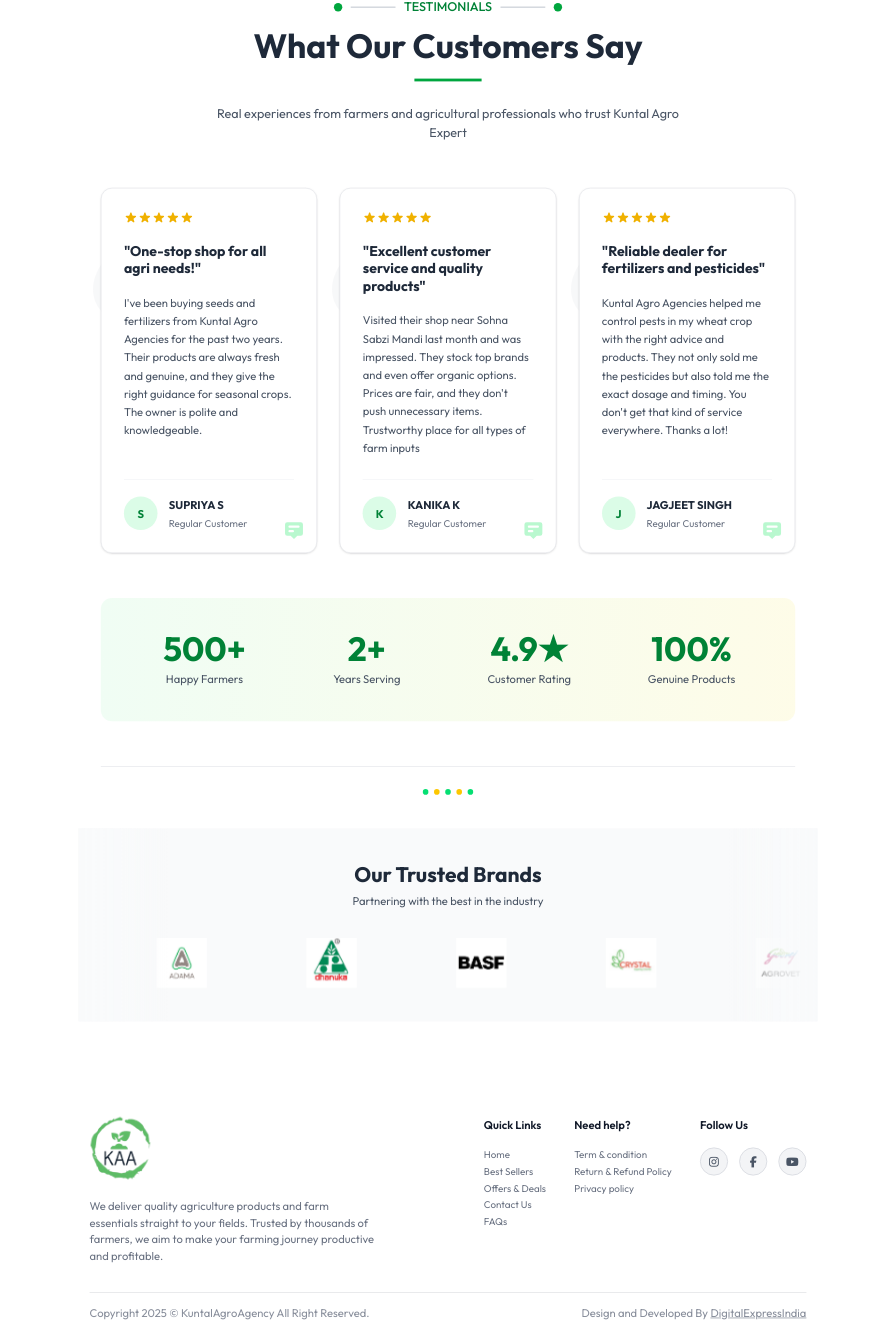
Repository: deepak445566/agro
Page: / (app in client/)
An editor plug-in stored every save of this project. The page is shown before and after the next save, followed by the edit.
The browser window is 1280 px wide. The pictures show the part of the page from y = 2485 to 4405 px (the page is 4389 px tall before and 4405 px after), at 70% of full size.
The page's requests for data from a server got no answer. Some web fonts or font styles are not loaded; a fallback is used. Some web libraries are served in a nearby version. The project was rebuilt for these pictures with package versions that can differ from the ones it lists, and the page was loaded fresh each time. Some packages were replaced by stand-ins written for this rebuild. No one was signed in, and anything a server would have sent is missing. Also part of the build but not shown: client/vite.config.js, client/src/components/ProductCard.jsx, client/src/components/BottomBanner.jsx, client/src/components/NewsLetter.jsx, client/src/components/Login.jsx, client/src/pages/AllProduct.jsx, client/src/pages/Productcato.jsx, client/src/pages/ProductDetail.jsx and 13 more.

Above is the page before, as saved 2025-12-23 14:40:35.

After the next save:
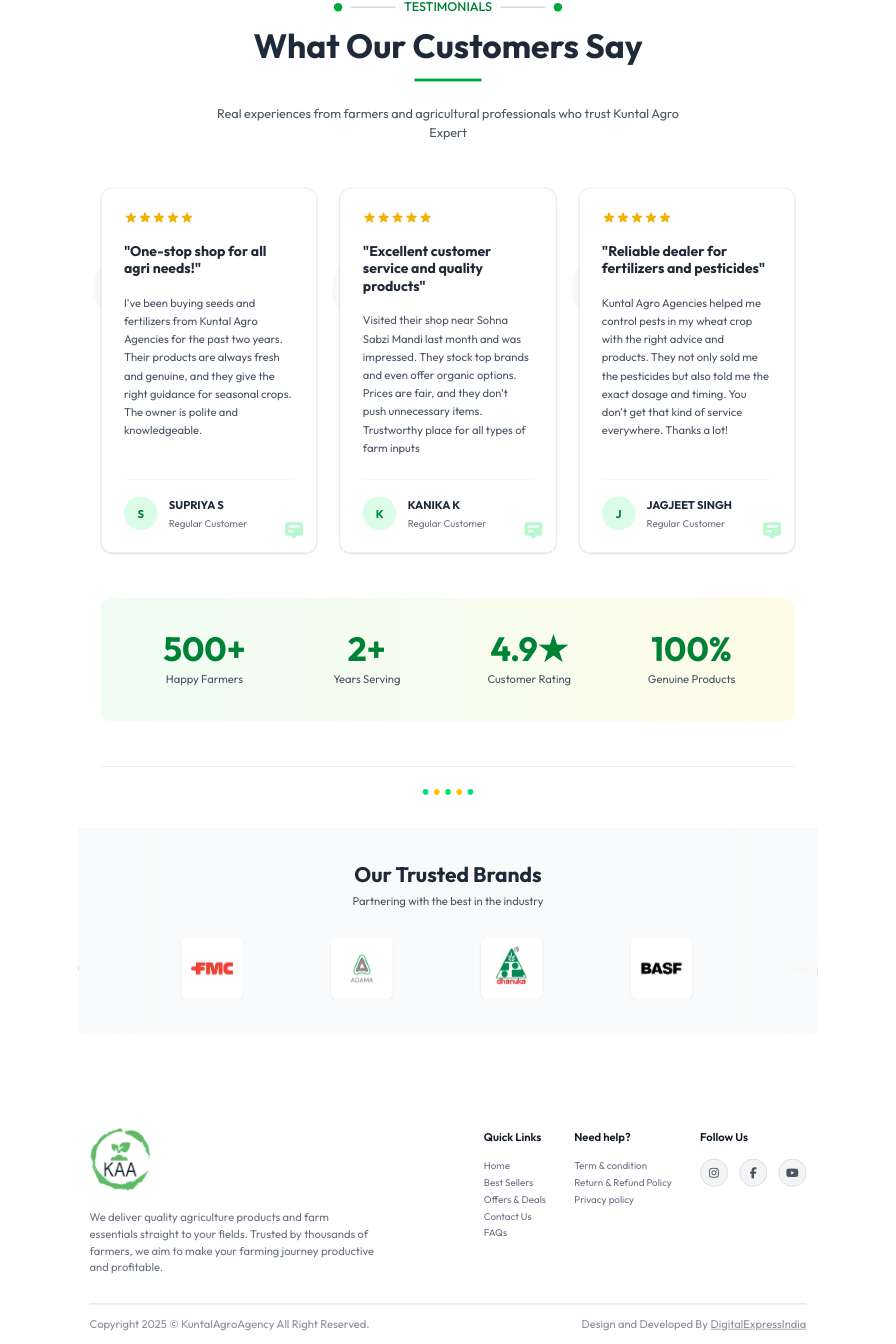
Saved 5 min 35 s later.
--- a/client/src/components/Brands.jsx
+++ b/client/src/components/Brands.jsx
@@ -1,4 +1,4 @@
-import React from 'react';
+import React, { useState, useEffect } from 'react';
 
 const Brands = () => {
     const brandFiles = [
@@ -9,49 +9,88 @@
         "pi21.png", "pi22.png"
     ];
 
+    const [isMobile, setIsMobile] = useState(false);
+
+    useEffect(() => {
+        // Check screen size on mount
+        const checkMobile = () => {
+            setIsMobile(window.innerWidth < 768);
+        };
+
+        // Initial check
+        checkMobile();
+
+        // Add event listener
+        window.addEventListener('resize', checkMobile);
+
+        // Cleanup
+        return () => window.removeEventListener('resize', checkMobile);
+    }, []);
+
     return (
-        <div className="relative overflow-hidden py-12 bg-gray-50">
+        <div className="relative overflow-hidden py-8 md:py-12 bg-gray-50">
             {/* Section Title */}
-            <div className="text-center mb-10">
-                <h2 className="text-3xl font-bold text-gray-800 mb-2">Our Trusted Brands</h2>
-                <p className="text-gray-600">Partnering with the best in the industry</p>
+            <div className="text-center mb-8 md:mb-10 px-4">
+                <h2 className="text-2xl md:text-3xl font-bold text-gray-800 mb-2">
+                    Our Trusted Brands
+                </h2>
+                <p className="text-sm md:text-base text-gray-600">
+                    Partnering with the best in the industry
+                </p>
             </div>
 
             {/* Left Gradient */}
-            <div className="absolute left-0 top-0 bottom-0 w-32 bg-gradient-to-r from-gray-50 via-gray-50/80 to-transparent z-10 pointer-events-none" />
+            <div className="absolute left-0 top-0 bottom-0 w-16 md:w-32 bg-gradient-to-r from-gray-50 via-gray-50/90 to-transparent z-10 pointer-events-none" />
 
             {/* Brands Marquee */}
-            <div className="relative">
-                <div className="marquee-track flex">
+            <div className="relative overflow-x-hidden">
+                <div className={`marquee-track flex ${isMobile ? 'marquee-mobile' : 'marquee-desktop'}`}>
                     {[...brandFiles, ...brandFiles].map((file, index) => (
                         <div
                             key={index}
-                            className="brand-logo flex-shrink-0 mx-8 transition-all duration-300 hover:scale-110 hover:shadow-lg"
+                            className="brand-logo flex-shrink-0 mx-4 md:mx-8 transition-all duration-300 hover:scale-105 md:hover:scale-110"
                         >
-                            <img
-                                src={file}
-                                alt={`Brand ${index + 1}`}
-                                className="brand-image h-18 w-auto object-contain   transition-all duration-300"
-
-                                loading="lazy"
-                            />
+                            <div className="p-2 md:p-3 bg-white rounded-lg shadow-sm hover:shadow-md transition-shadow duration-300">
+                                <img
+                                    src={file}
+                                    alt={`Brand ${(index % brandFiles.length) + 1}`}
+                                    className="brand-image h-10 md:h-14 lg:h-16 w-auto object-contain transition-all duration-300 max-w-[100px] md:max-w-[140px]"
+                                    loading="lazy"
+                                />
+                            </div>
                         </div>
                     ))}
                 </div>
             </div>
 
             {/* Right Gradient */}
-            <div className="absolute right-0 top-0 bottom-0 w-32 bg-gradient-to-l from-gray-50 via-gray-50/80 to-transparent z-10 pointer-events-none" />
+            <div className="absolute right-0 top-0 bottom-0 w-16 md:w-32 bg-gradient-to-l from-gray-50 via-gray-50/90 to-transparent z-10 pointer-events-none" />
 
             {/* CSS for marquee animation */}
             <style jsx>{`
                 .marquee-track {
-                    animation: marquee 30s linear infinite;
                     display: flex;
                     width: max-content;
                 }
 
-                @keyframes marquee {
+                .marquee-desktop {
+                    animation: marquee-desktop 40s linear infinite;
+                }
+
+                .marquee-mobile {
+                    animation: marquee-mobile 25s linear infinite;
+                }
+
+                @keyframes marquee-desktop {
+                    0% {
+                        transform: translateX(0);
+                    }
+                    100% {
+                        transform: translateX(-50%);
+                    }
+                }
+
+                @keyframes marquee-mobile {
                     0% {
                         transform: translateX(0);
                     }
@@ -65,22 +104,52 @@
                 }
 
                 .brand-logo {
-                    min-width: 150px;
+                    min-width: 100px;
                     display: flex;
                     align-items: center;
                     justify-content: center;
-                    padding: 0 10px;
                 }
 
-                @media (max-width: 768px) {
+                @media (max-width: 640px) {
+                    .brand-logo {
+                        min-width: 80px;
+                    }
+
+                    .marquee-mobile {
+                        animation-duration: 20s;
+                    }
+                }
+
+                @media (min-width: 641px) and (max-width: 768px) {
+                    .brand-logo {
+                        min-width: 90px;
+                    }
+                }
+
+                @media (min-width: 769px) and (max-width: 1024px) {
                     .brand-logo {
                         min-width: 120px;
                     }
-                    .brand-image {
-                        height: 40px;
+
+                    .marquee-desktop {
+                        animation-duration: 35s;
                     }
-                    .marquee-track {
-                        animation-duration: 20s;
+                }
+
+                @media (min-width: 1025px) {
+                    .brand-logo {
+                        min-width: 150px;
+                    }
+                }
+
+                /* Touch device optimizations */
+                @media (hover: none) and (pointer: coarse) {
+                    .marquee-track:hover {
+                        animation-play-state: running;
+                    }
+
+                    .brand-logo:hover {
+                        transform: none;
                     }
                 }
             `}</style>
